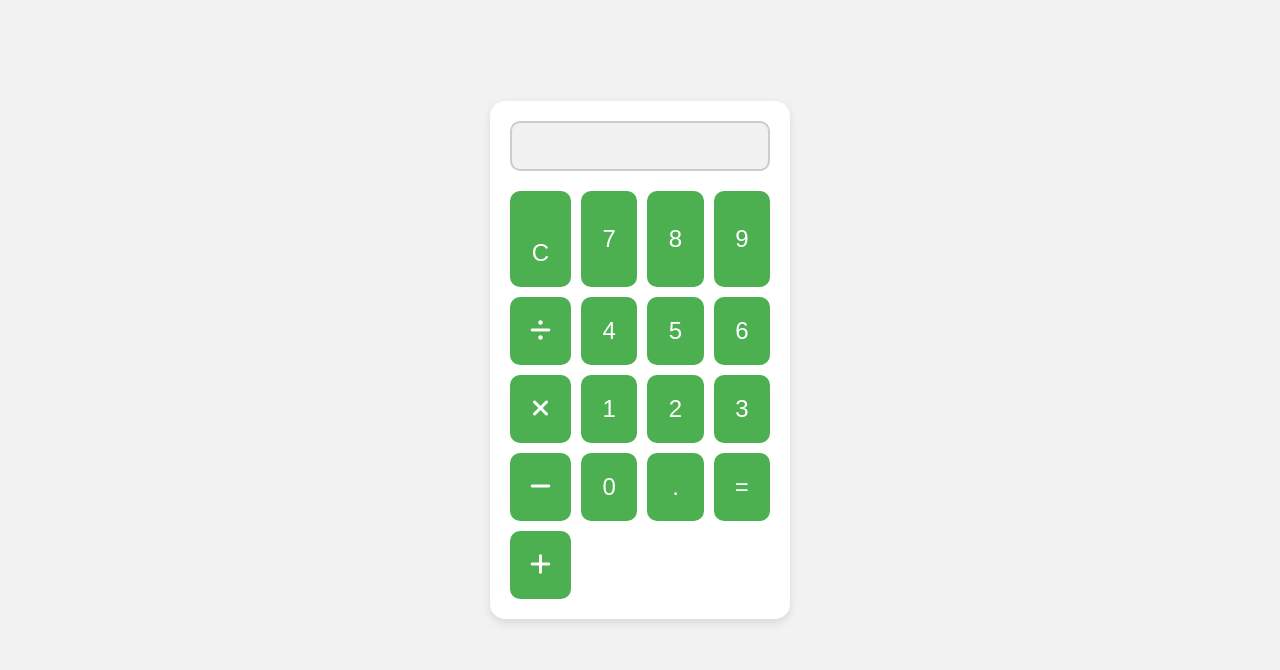
Repository: rajendratamang/zencalculator
Page: index.html
These files come from the project's save history. The page is drawn as it stood at one moment and after the next save; the edit follows.
The browser window is 1280 px wide. The pictures show the whole page.

Above is the page before, as saved 2025-01-29 21:51:45.

After the next save:
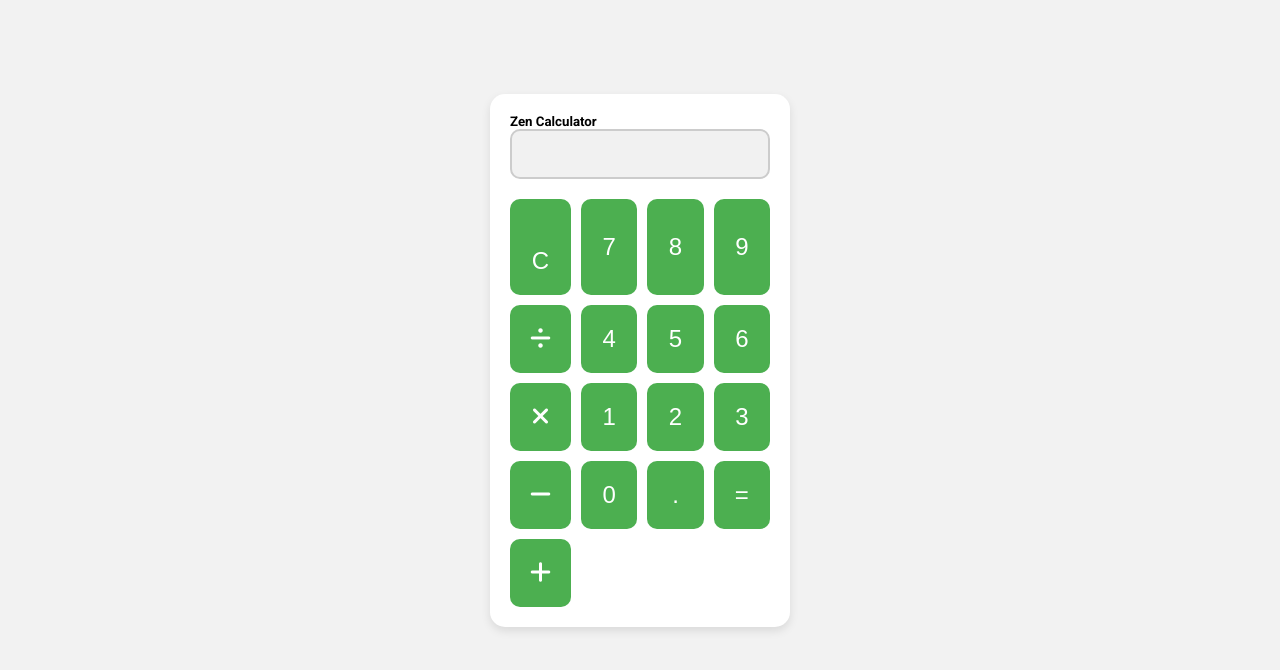
Saved 4 s later.
--- a/index.html
+++ b/index.html
@@ -10,7 +10,7 @@
 </head>
 <body>
     <div class="calculator">
-        <h5></h5>
+        <h5>Zen Calculator</h5>
         <input type="text" id="display" class="display" disabled />
         <div class="buttons">
             <button class="button" onclick="clearDisplay()"><i class="fas fa-clear"></i> C</button>

After the save that followed:
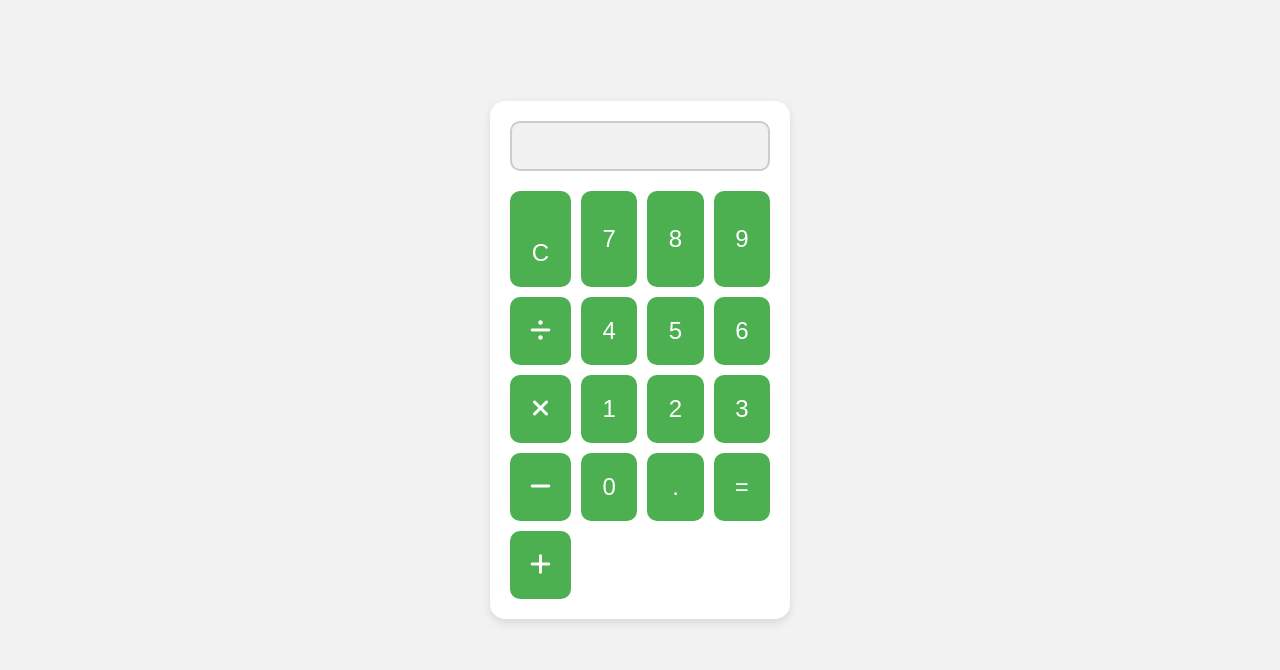
Saved 8 s later.
--- a/index.html
+++ b/index.html
@@ -10,7 +10,6 @@
 </head>
 <body>
     <div class="calculator">
-        <h5>Zen Calculator</h5>
         <input type="text" id="display" class="display" disabled />
         <div class="buttons">
             <button class="button" onclick="clearDisplay()"><i class="fas fa-clear"></i> C</button>
